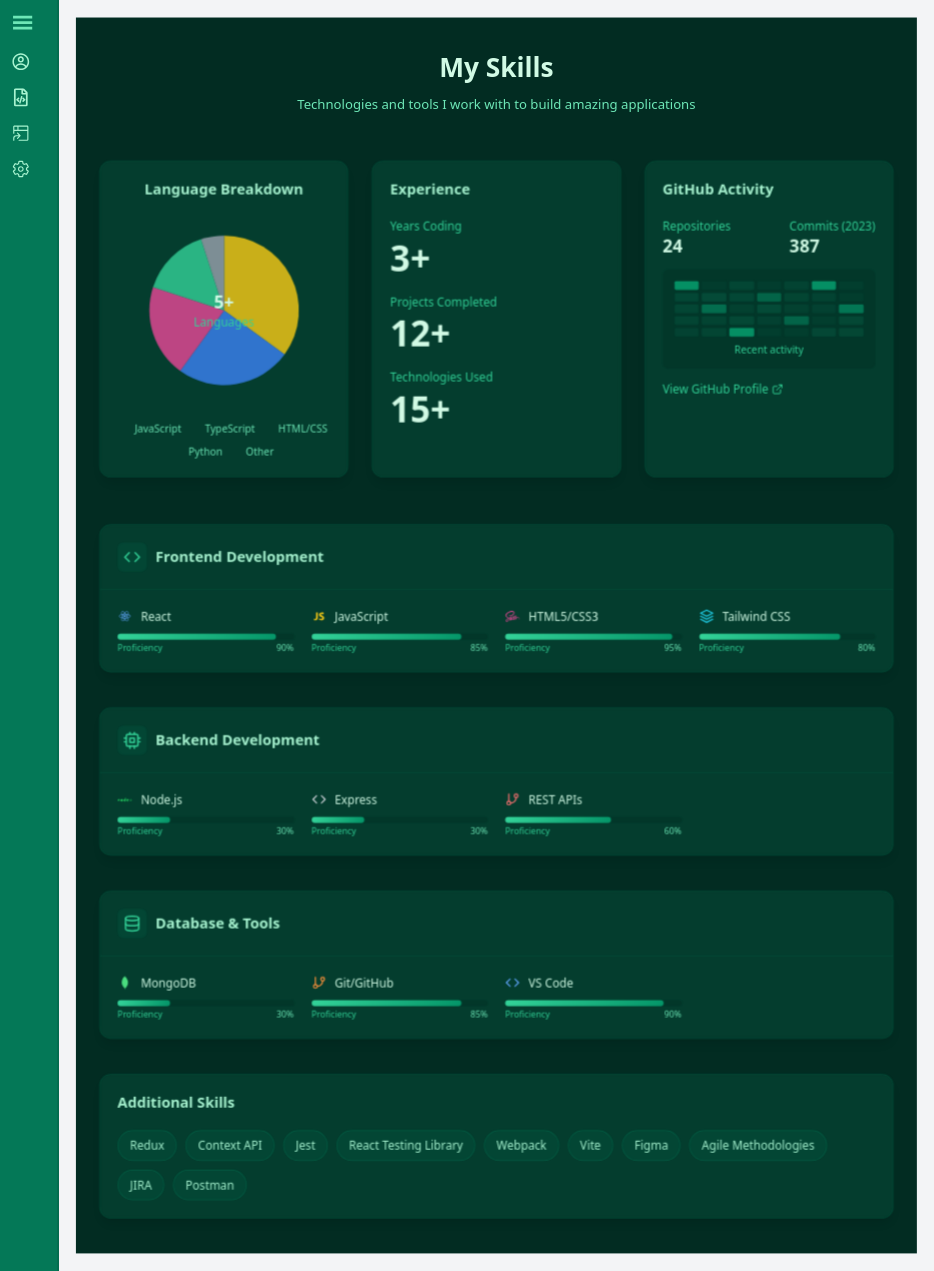
Repository: alizey12/DevLinker-Developer-Portfolio-Builder
Page: /dashboard/skills
The author's editor kept a copy of each file at every save. The page is drawn from the files as they stood at one save, then again after the next save.
The browser window is 1280 px wide. The pictures show the whole page, at 73% of full size.
The project was rebuilt for these pictures with package versions that can differ from the ones it lists, and the page was loaded fresh each time. Also part of the build but not shown: vite.config.js, src/Pages/Login.jsx, src/Pages/Signup.jsx, src/Pages/Portfolio.jsx, src/Pages/Page404.jsx, src/Pages/Dashboard/Profile.jsx, src/Pages/Dashboard/Project.jsx, src/Pages/Dashboard/Setting.jsx and 1 more.

Above is the page before, as saved 2025-06-30 21:45:01.

### src/main.jsx
import { StrictMode } from 'react'

import { createRoot } from 'react-dom/client'
import './index.css'
import App from './App.jsx'
import { BrowserRouter } from 'react-router'

createRoot(document.getElementById('root')).render(
  <StrictMode>
  <BrowserRouter>
    <App />
    </BrowserRouter>
  </StrictMode>,
)

### src/App.jsx
import AppRoutes from "./Routes/AppRoutes";

function App() {
  return (
    <>
<AppRoutes />
    </>
  )
}

export default App

### src/Routes/AppRoutes.jsx
import React from 'react';
import { Routes, Route } from 'react-router';

import DashboardLayout from '../Components/Layout/DashboardLayout';
import Login from '../Pages/Login';
import Signup from '../Pages/Signup';
import Portfolio from '../Pages/Portfolio';
import Page404 from "../Pages/Page404";

import Profile from '../Pages/Dashboard/Profile';
import Skills from '../Pages/Dashboard/Skills';
import Projects from '../Pages/Dashboard/Project';
import Settings from '../Pages/Dashboard/Setting';
import Home from '../Pages/Home';

const AppRoutes = () => {
  return (
    <Routes>
      {/* Public Routes */}
      <Route path='/' element={<Home />} />
      <Route path='/login' element={<Login />} />
      <Route path='/signup' element={<Signup />} />
      <Route path='/portfolio/:username' element={<Portfolio />} />

      {/* Dashboard Routes */}
      <Route path='/dashboard' element={<DashboardLayout />}>
        <Route path="profile" element={<Profile />} />
        <Route path="skills" element={<Skills />} />
        <Route path="projects" element={<Projects />} />
        <Route path="settings" element={<Settings />} />
      </Route>

      {/* 404 Page */}
      <Route path='*' element={<Page404 />} />
    </Routes>
  );
};

export default AppRoutes;

### src/Components/Layout/DashboardLayout.jsx
import React from 'react'
import { Outlet } from 'react-router'
import Sidebar from '../Sidebar'

const DashboardLayout = () => {
  return (
    <div className="flex min-h-screen">
      {/* Sidebar on the left */}
      <Sidebar />

      {/* Main content */}
      <main className="flex-1 p-6 bg-gray-100">
        <Outlet />
      </main>
    </div>
  )
}

export default DashboardLayout

### src/Pages/Dashboard/Skills.jsx
import React from 'react';
import { FiCode, FiCpu, FiDatabase,FiExternalLink, FiLayers, FiGitBranch } from 'react-icons/fi';
import { DiReact, DiJavascript1, DiNodejs, DiMongodb, DiSass } from 'react-icons/di';

const Skills = () => {
  // Skill categories data
  const skillCategories = [
    {
      title: "Frontend Development",
      icon: <FiCode className="text-emerald-400" size={24} />,
      skills: [
        { name: "React", level: 90, icon: <DiReact className="text-blue-400" /> },
        { name: "JavaScript", level: 85, icon: <DiJavascript1 className="text-yellow-400" /> },
        { name: "HTML5/CSS3", level: 95, icon: <DiSass className="text-pink-500" /> },
        { name: "Tailwind CSS", level: 80, icon: <FiLayers className="text-cyan-400" /> }
      ]
    },
    {
      title: "Backend Development",
      icon: <FiCpu className="text-emerald-400" size={24} />,
      skills: [
        { name: "Node.js", level: 30, icon: <DiNodejs className="text-green-500" /> },
        { name: "Express", level: 30, icon: <FiCode className="text-gray-300" /> },
        { name: "REST APIs", level: 60, icon: <FiGitBranch className="text-red-400" /> }
      ]
    },
    {
      title: "Database & Tools",
      icon: <FiDatabase className="text-emerald-400" size={24} />,
      skills: [
        { name: "MongoDB", level: 30, icon: <DiMongodb className="text-green-400" /> },
        { name: "Git/GitHub", level: 85, icon: <FiGitBranch className="text-orange-400" /> },
        { name: "VS Code", level: 90, icon: <FiCode className="text-blue-400" /> }
      ]
    }
  ];

  // Languages/frameworks for radial chart
  const languages = [
    { name: "JavaScript", value: 35, color: "text-yellow-400" },
    { name: "TypeScript", value: 25, color: "text-blue-500" },
    { name: "HTML/CSS", value: 20, color: "text-pink-500" },
    { name: "Python", value: 15, color: "text-emerald-400" },
    { name: "Other", value: 5, color: "text-gray-400" }
  ];

  return (
    <div className="min-h-screen bg-emerald-950 py-12 px-4 sm:px-6 lg:px-8">
      <div className="max-w-7xl mx-auto">
        {/* Page Header */}
        <div className="text-center mb-16">
          <h1 className="text-4xl font-bold text-emerald-100 mb-4">My Skills</h1>
          <p className="text-lg text-emerald-300 max-w-3xl mx-auto">
            Technologies and tools I work with to build amazing applications
          </p>
        </div>

        {/* Skills Overview */}
        <div className="grid grid-cols-1 lg:grid-cols-3 gap-8 mb-16">
          {/* Radial Chart */}
          <div className="bg-emerald-900/50 backdrop-blur-sm rounded-2xl p-6 border border-emerald-800/50 shadow-lg flex flex-col items-center justify-center">
            <h2 className="text-xl font-bold text-emerald-200 mb-6">Language Breakdown</h2>
            <div className="relative w-64 h-64">
              <svg viewBox="0 0 100 100" className="w-full h-full">
                {languages.map((lang, i) => {
                  const angle = (lang.value / 100) * 360;
                  const startAngle = languages.slice(0, i).reduce((acc, l) => acc + (l.value / 100) * 360, 0);
                  return (
                    <path
                      key={lang.name}
                      d={describeArc(50, 50, 40, startAngle, startAngle + angle)}
                      fill="currentColor"
                      className={`${lang.color} opacity-80 hover:opacity-100 transition-opacity`}
                    />
                  );
                })}
              </svg>
              <div className="absolute inset-0 flex items-center justify-center">
                <div className="text-center">
                  <span className="text-2xl font-bold text-emerald-100">5+</span>
                  <p className="text-emerald-400">Languages</p>
                </div>
              </div>
            </div>
            <div className="flex flex-wrap justify-center gap-3 mt-6">
              {languages.map((lang) => (
                <div key={lang.name} className="flex items-center">
                  <div className={`w-3 h-3 rounded-full ${lang.color} mr-2`}></div>
                  <span className="text-sm text-emerald-300">{lang.name}</span>
                </div>
              ))}
            </div>
          </div>

          {/* Experience Stats */}
          <div className="bg-emerald-900/50 backdrop-blur-sm rounded-2xl p-6 border border-emerald-800/50 shadow-lg">
            <h2 className="text-xl font-bold text-emerald-200 mb-6">Experience</h2>
            <div className="space-y-6">
              <div>
                <h3 className="text-emerald-400 mb-2">Years Coding</h3>
                <div className="text-5xl font-bold text-emerald-100">3+</div>
              </div>
              <div>
                <h3 className="text-emerald-400 mb-2">Projects Completed</h3>
                <div className="text-5xl font-bold text-emerald-100">12+</div>
              </div>
              <div>
                <h3 className="text-emerald-400 mb-2">Technologies Used</h3>
                <div className="text-5xl font-bold text-emerald-100">15+</div>
              </div>
            </div>
          </div>

          {/* GitHub Stats */}
          <div className="bg-emerald-900/50 backdrop-blur-sm rounded-2xl p-6 border border-emerald-800/50 shadow-lg">
            <h2 className="text-xl font-bold text-emerald-200 mb-6">GitHub Activity</h2>
            <div className="flex items-center justify-between mb-4">
              <div>
                <h3 className="text-emerald-400">Repositories</h3>
                <div className="text-2xl font-bold text-emerald-100">24</div>
              </div>
              <div>
                <h3 className="text-emerald-400">Commits (2023)</h3>
                <div className="text-2xl font-bold text-emerald-100">387</div>
              </div>
            </div>
            <div className="bg-emerald-950/30 p-4 rounded-lg">
              <div className="grid grid-cols-7 gap-1">
                {Array.from({ length: 35 }).map((_, i) => (
                  <div
                    key={i}
                    className={`h-3 rounded-sm ${i % 5 === 0 ? 'bg-emerald-600' : 'bg-emerald-800/50'}`}
                    style={{ opacity: 0.3 + (Math.random() * 0.7) }}
                  />
                ))}
              </div>
              <p className="text-center text-sm text-emerald-400 mt-2">Recent activity</p>
            </div>
            <a
              href="#"
              className="inline-flex items-center mt-4 text-emerald-400 hover:text-emerald-300"
            >
              View GitHub Profile <FiExternalLink className="ml-1" />
            </a>
          </div>
        </div>

        {/* Skills by Category */}
        <div className="space-y-12">
          {skillCategories.map((category, index) => (
            <div key={index} className="bg-emerald-900/50 backdrop-blur-sm rounded-2xl overflow-hidden shadow-lg border border-emerald-800/50">
              <div className="p-6 border-b border-emerald-800/50 flex items-center">
                <div className="mr-3 p-2 bg-emerald-800/30 rounded-lg">
                  {category.icon}
                </div>
                <h2 className="text-xl font-bold text-emerald-200">{category.title}</h2>
              </div>
              <div className="p-6 grid grid-cols-1 md:grid-cols-2 lg:grid-cols-4 gap-6">
                {category.skills.map((skill, i) => (
                  <div key={i} className="group">
                    <div className="flex items-center mb-3">
                      <div className="mr-3 text-xl">
                        {skill.icon}
                      </div>
                      <h3 className="font-medium text-emerald-100">{skill.name}</h3>
                    </div>
                    <div className="w-full bg-emerald-950/30 h-2 rounded-full">
                      <div
                        className="bg-gradient-to-r from-emerald-400 to-emerald-600 h-2 rounded-full transition-all duration-1000 ease-out"
                        style={{ width: `${skill.level}%` }}
                      ></div>
                    </div>
                    <div className="flex justify-between mt-1">
                      <span className="text-xs text-emerald-400">Proficiency</span>
                      <span className="text-xs font-medium text-emerald-300">{skill.level}%</span>
                    </div>
                  </div>
                ))}
              </div>
            </div>
          ))}
        </div>

        {/* Additional Skills */}
        <div className="mt-12 bg-emerald-900/50 backdrop-blur-sm rounded-2xl p-6 border border-emerald-800/50 shadow-lg">
          <h2 className="text-xl font-bold text-emerald-200 mb-6">Additional Skills</h2>
          <div className="flex flex-wrap gap-3">
            {['Redux', 'Context API', 'Jest', 'React Testing Library', 'Webpack', 'Vite', 'Figma', 'Agile Methodologies', 'JIRA', 'Postman'].map((skill) => (
              <span
                key={skill}
                className="px-4 py-2 bg-emerald-800/30 text-emerald-200 rounded-full border border-emerald-700/50 hover:bg-emerald-700/50 transition-colors"
              >
                {skill}
              </span>
            ))}
          </div>
        </div>
      </div>
    </div>
  );
};

// Helper function for radial chart
function describeArc(x, y, radius, startAngle, endAngle) {
  const start = polarToCartesian(x, y, radius, endAngle);
  const end = polarToCartesian(x, y, radius, startAngle);
  const largeArcFlag = endAngle - startAngle <= 180 ? "0" : "1";
  return [
    "M", x, y,
    "L", start.x, start.y,
    "A", radius, radius, 0, largeArcFlag, 0, end.x, end.y,
    "Z"
  ].join(" ");
}

function polarToCartesian(x, y, radius, angleInDegrees) {
  const angleInRadians = (angleInDegrees - 90) * Math.PI / 180.0;
  return {
    x: x + (radius * Math.cos(angleInRadians)),
    y: y + (radius * Math.sin(angleInRadians))
  };
}

export default Skills;

### src/Components/Sidebar.jsx
import React, { useState } from 'react';
import { NavLink } from 'react-router';
import { CgProfile } from "react-icons/cg";
import { FaRegFileCode } from "react-icons/fa";
import { GoProjectSymlink } from "react-icons/go";
import { IoSettingsOutline } from "react-icons/io5";
import { GiHamburgerMenu } from "react-icons/gi";

const Sidebar = () => {
  const [isCollapsed, setIsCollapsed] = useState(true);

  function handleSideToggle() {
    setIsCollapsed(!isCollapsed);
  }

  return (
    <div>
      <aside className={`${isCollapsed ? 'w-20' : 'w-64'} h-full bg-emerald-900/70 hover:bg-emerald-700 text-white p-4 transition-all duration-300 border-r border-emerald-900/70 backdrop-blur`}>
        <button onClick={handleSideToggle} className="text-emerald-300 hover:text-emerald-400">
          <GiHamburgerMenu size={30} />
        </button>

        <ul className="space-y-6 my-5">
          <li>
            <NavLink
              to="profile"
              className="flex items-center text-emerald-200 hover:text-emerald-400"
              activeClassName="text-emerald-400"
            >
              <CgProfile size={25} />
              {!isCollapsed && <span className="ml-3 font-semibold text-lg">Profile</span>}
            </NavLink>
          </li>

          <li>
            <NavLink
              to="skills"
              className="flex items-center text-emerald-200 hover:text-emerald-400"
              activeClassName="text-emerald-400"
            >
              <FaRegFileCode size={25} />
              {!isCollapsed && <span className="ml-3 font-semibold text-lg">Skills</span>}
            </NavLink>
          </li>

          <li>
            <NavLink
              to="projects"
              className="flex items-center text-emerald-200 hover:text-emerald-400"
              activeClassName="text-emerald-400"
            >
              <GoProjectSymlink size={25} />
              {!isCollapsed && <span className="ml-3 font-semibold text-lg">Projects</span>}
            </NavLink>
          </li>

          <li>
            <NavLink
              to="settings"
              className="flex items-center text-emerald-200 hover:text-emerald-400"
              activeClassName="text-emerald-400"
            >
              <IoSettingsOutline size={25} />
              {!isCollapsed && <span className="ml-3 font-semibold text-lg">Settings</span>}
            </NavLink>
          </li>
        </ul>
      </aside>
    </div>
  );
};

export default Sidebar;

Loaded but not shown: index.html (common file); src/index.css (common file); tailwind.config.js (common file)

After the next save:
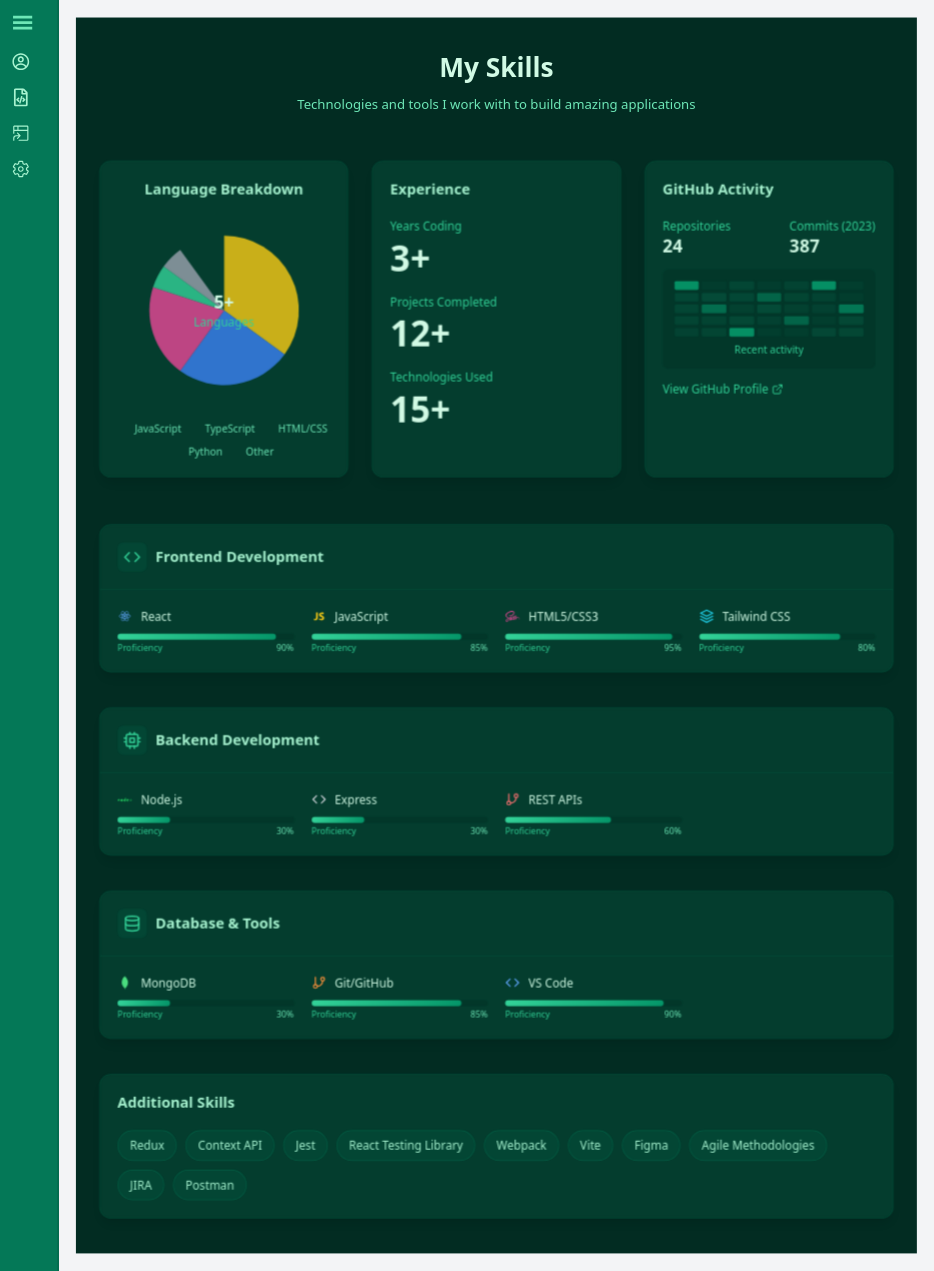
Saved 14 s later.
--- a/src/Pages/Dashboard/Skills.jsx
+++ b/src/Pages/Dashboard/Skills.jsx
@@ -40,7 +40,7 @@
     { name: "JavaScript", value: 35, color: "text-yellow-400" },
     { name: "TypeScript", value: 25, color: "text-blue-500" },
     { name: "HTML/CSS", value: 20, color: "text-pink-500" },
-    { name: "Python", value: 15, color: "text-emerald-400" },
+    { name: "Python", value: 5, color: "text-emerald-400" },
     { name: "Other", value: 5, color: "text-gray-400" }
   ];
 
